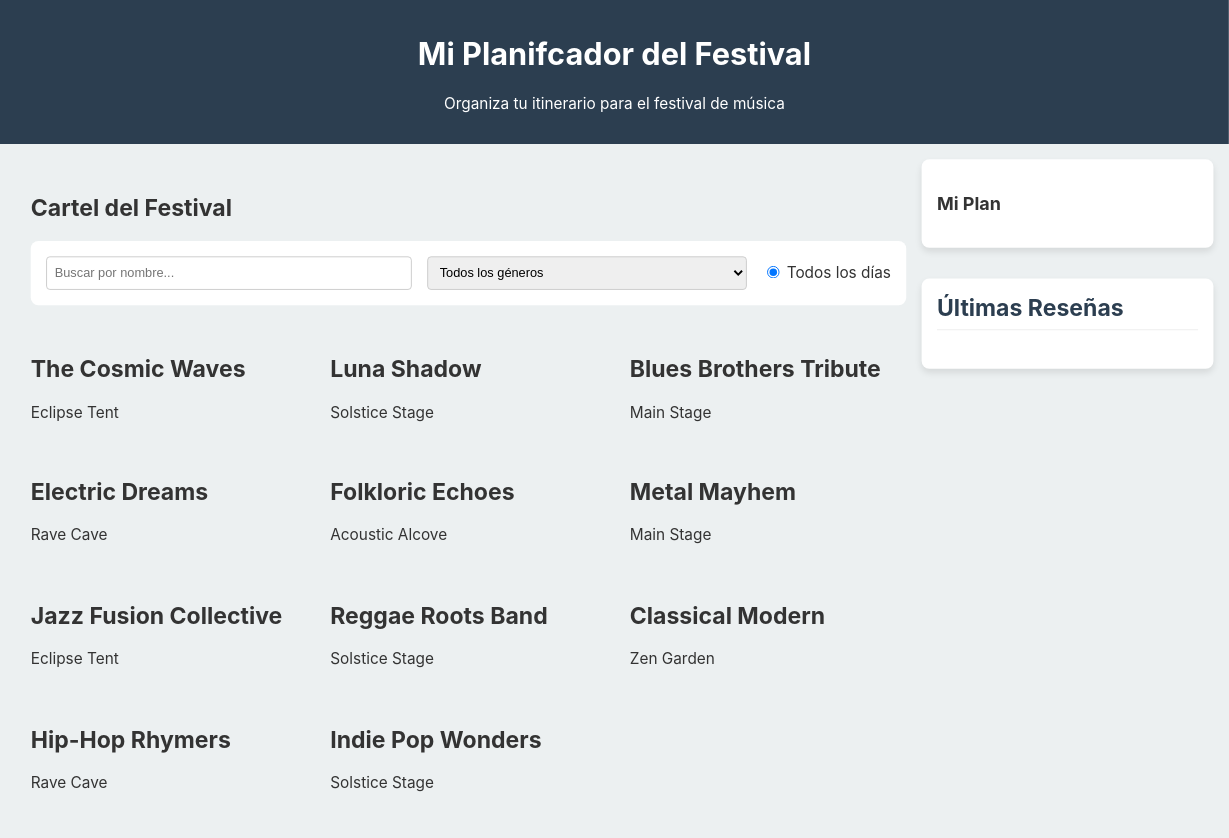
Repository: covaa15/DWEC
Page: Examen12_12_2025/index.html
These files come from the project's save history. The page is drawn as it stood at one moment and after the next save; the edit follows.
The browser window is 1280 px wide. The pictures show the whole page, at 96% of full size.

Above is the page before, as saved 2025-12-12 11:55:58.

After the next save:
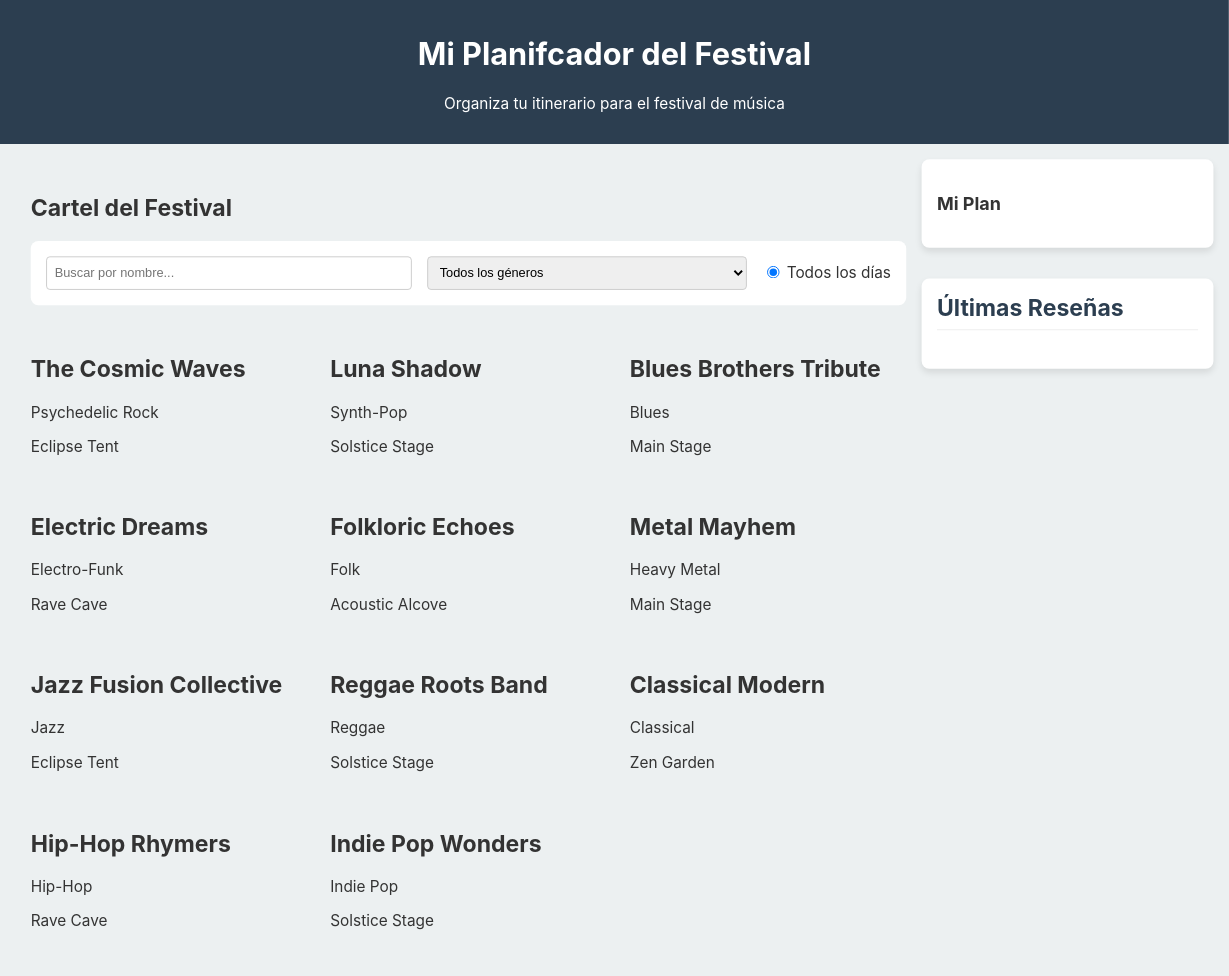
Saved 3 min 48 s later.
--- a/Examen12_12_2025/js/main.js
+++ b/Examen12_12_2025/js/main.js
@@ -49,9 +49,12 @@ function mostrarArtistas(artistas) {
         const card = document.createElement('div');
         card.classList.add(".artist-card")
         let escenario=obtenerEscenario(artista.id);
+        let horario=obtenerHorario(artista.id);
         card.innerHTML = `
         <h2>${artista.nombre}</h2>
+        <p>${artista.genero}</p>
         <p> ${escenario}</p>
+
        `
         contenedorArtistas.appendChild(card);
     });
